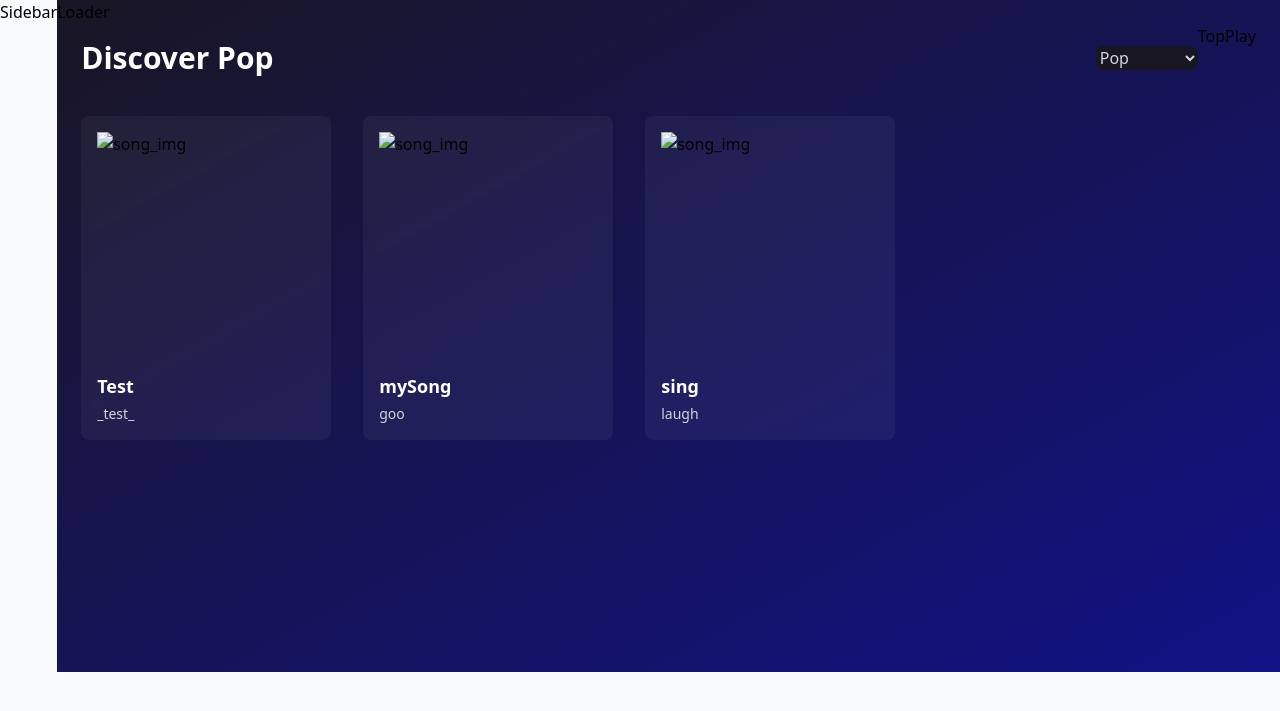
Repository: Chris24T/Dotify
Page: /
An editor plug-in stored every save of this project. The page is shown before and after the next save, followed by the edit.
The browser window is 1280 px wide. The pictures show the whole page.
The project was rebuilt for these pictures with package versions that can differ from the ones it lists, and the page was loaded fresh each time. Also part of the build but not shown: vite.config.js, src/components/ArtistCard.jsx, src/components/DetailsHeader.jsx, src/components/SongBar.jsx, src/components/RelatedSongs.jsx, src/components/MusicPlayer/Controls.jsx, src/components/MusicPlayer/Player.jsx, src/components/MusicPlayer/Seekbar.jsx and 11 more.

Above is the page before, as saved 2022-12-04 19:51:25.

### src/redux/store.js
import { configureStore } from '@reduxjs/toolkit';

import { shazamCoreApi } from './services/shazamCore';
import playerReducer from './features/playerSlice';

export const store = configureStore({
  reducer: {
    player: playerReducer,
    [shazamCoreApi.reducerPath]: shazamCoreApi.reducer,
  },
  middleware: (getDefaultMiddleware) =>
    getDefaultMiddleware().concat(shazamCoreApi.middleware),
});

### src/redux/services/shazamCore.js
import { createApi, fetchBaseQuery } from '@reduxjs/toolkit/query/react';

const baseHeaders = {
  'X-RapidAPI-Key': 'aa86041609msh651730729ed9b3dp1da6e2jsn7ec97b06be13',
  'X-RapidAPI-Host': 'shazam-core.p.rapidapi.com',
};

export const shazamCoreApi = createApi({
  reducerPath: 'shazamCoreApi',
  baseQuery: fetchBaseQuery({
    baseUrl: 'https://shazam-core.p.rapidapi.com/v1',
    prepareHeaders: (headers) => {
      headers.set({ baseHeaders });
      return headers;
    },
  }),
  endpoints: (builder) => ({
    getTopCharts: builder.query({ query: (genre) => '/charts/world' }),
  }),
});
// redux toolkit auto generates a hook
export const { useGetTopChartsQuery } = shazamCoreApi;

### src/redux/features/playerSlice.js
import { createSlice } from '@reduxjs/toolkit';

const initialState = {
  currentSongs: [],
  currentIndex: 0,
  isActive: false,
  isPlaying: false,
  activeSong: {},
  genreListId: '',
};

const playerSlice = createSlice({
  name: 'player',
  initialState,
  reducers: {
    setActiveSong: (state, action) => {
      state.activeSong = action.payload.song;

      if (action.payload?.data?.tracks?.hits) {
        state.currentSongs = action.payload.data.tracks.hits;
      } else if (action.payload?.data?.properties) {
        state.currentSongs = action.payload?.data?.tracks;
      } else {
        state.currentSongs = action.payload.data;
      }

      state.currentIndex = action.payload.i;
      state.isActive = true;
    },

    nextSong: (state, action) => {
      if (state.currentSongs[action.payload]?.track) {
        state.activeSong = state.currentSongs[action.payload]?.track;
      } else {
        state.activeSong = state.currentSongs[action.payload];
      }

      state.currentIndex = action.payload;
      state.isActive = true;
    },

    prevSong: (state, action) => {
      if (state.currentSongs[action.payload]?.track) {
        state.activeSong = state.currentSongs[action.payload]?.track;
      } else {
        state.activeSong = state.currentSongs[action.payload];
      }

      state.currentIndex = action.payload;
      state.isActive = true;
    },

    playPause: (state, action) => {
      state.isPlaying = action.payload;
    },

    selectGenreListId: (state, action) => {
      state.genreListId = action.payload;
    },
  },
});

export const { setActiveSong, nextSong, prevSong, playPause, selectGenreListId } = playerSlice.actions;

export default playerSlice.reducer;

### src/components/Sidebar.jsx
import { useState } from 'react';
import { NavLink } from 'react-router-dom';
import { RiCloseLine } from 'react-icons/ri';

import { logo } from '../assets';
import { links } from '../assets/constants';

const Sidebar = () => <div>Sidebar</div>;

export default Sidebar;

### src/components/SongCard.jsx
import { Link } from 'react-router-dom';
import { useDispatch } from 'react-redux';

import PlayPause from './PlayPause';
import { playPause, setActiveSong } from '../redux/features/playerSlice';

const SongCard = ({ song, isPlaying, activeSong, data, i }) => {
  const dispatch = useDispatch();

  const handlePauseClick = () => {
    dispatch(playPause(false));
  };
  const handlePlayClick = () => {
    dispatch(setActiveSong({ song, data, i }));
    dispatch(playPause(true));
  };

  const activeSong_tmp = { title: 'Test' };
  return (
    <div
      className="flex flex-col w-[250px] p-4 bg-white/5 bg-opacity-80
     backdrop-blur-sm animate-slideup rounded-lg cursor-pointer"
    >
      <div className="relative w-full h-56 group">
        <div
          className={`absolute inset-0 justify-center items-center
          bg-black bg-opacity-50 group-hover:flex ${
            activeSong?.title === song.title
              ? 'flex bg-black bg-opacity-70'
              : 'hidden'
          }`}
        >
          <PlayPause
            song={song}
            isPlaying={isPlaying}
            activeSong={activeSong_tmp}
            handlePause={handlePauseClick}
            handlePlay={handlePlayClick}
          />
        </div>
        <img alt="song_img" src={song.image?.coverart} />
      </div>
      <div className="mt-4 flex flex-col">
        <p className="font-semibold text-lg text-white truncate">
          <Link to={`/songs/$song?.key`}>{song.title}</Link>
        </p>
        <p className="text-sm truncate text-gray-300 mt-1">
          <Link
            to={
              song.artists
                ? `/artists/${song?.artists[0]?.adamid}`
                : '/top-artists'
            }
          >
            {song.subtitle}
          </Link>
        </p>
      </div>
    </div>
  );
};

export default SongCard;

### src/pages/Discover.jsx
import { Error, Loader, SongCard } from '../components';
import { genres } from '../assets/constants';
import { useDispatch, useSelector } from 'react-redux';
import { useGetTopChartsQuery } from '../redux/services/shazamCore';
import { useDebugValue } from 'react';

const Discover = () => {
  const dispach = useDebugValue();
  const { activeSong, isPlaying } = useSelector((state) => state.player);
  // const { data, isFetching, error } = useGetTopChartsQuery();
  const data = [
    { title: 'Test', subtitle: '_test_' },
    { title: 'mySong', subtitle: 'goo' },
    { title: 'sing', subtitle: 'laugh' },
  ];
  const isFetching = false;
  const genreTitle = 'Pop';

  if (isFetching) return <Loader title="Loading Songs..." />;
  // if (error) return <Error />;

  return (
    <div className="flex flex-col">
      <div className="w-full flex justify-between items-center sm:flex-row flex-col mt-4 mb-10">
        <h2 className="font-bold text-3xl text-white text-left">
          Discover {genreTitle}
        </h2>
        <select
          onChange={() => {}}
          value=""
          className="bg-black rounded-lg outline-none text-gray-300 sm:mt-0 mt-5"
        >
          {genres.map((genre) => (
            <option key={genre.value} value={genre.value}>
              {genre.title}
            </option>
          ))}
        </select>
      </div>
      <div className="flex flex-wrap sm:justify-start justify-center gap-8">
        {data.map((song, i) => {
          return (
            <SongCard
              key={song.key}
              song={song}
              isPlaying={isPlaying}
              activeSong={activeSong}
              data={data}
              i={i}
            ></SongCard>
          );
        })}
      </div>
    </div>
  );
};

export default Discover;

### src/assets/constants.js
import { HiOutlineHashtag, HiOutlineHome, HiOutlinePhotograph, HiOutlineUserGroup } from 'react-icons/hi';

export const genres = [
  { title: 'Pop', value: 'POP' },
  { title: 'Hip-Hop', value: 'HIP_HOP_RAP' },
  { title: 'Dance', value: 'DANCE' },
  { title: 'Electronic', value: 'ELECTRONIC' },
  { title: 'Soul', value: 'SOUL_RNB' },
  { title: 'Alternative', value: 'ALTERNATIVE' },
  { title: 'Rock', value: 'ROCK' },
  { title: 'Latin', value: 'LATIN' },
  { title: 'Film', value: 'FILM_TV' },
  { title: 'Country', value: 'COUNTRY' },
  { title: 'Worldwide', value: 'WORLDWIDE' },
  { title: 'Reggae', value: 'REGGAE_DANCE_HALL' },
  { title: 'House', value: 'HOUSE' },
  { title: 'K-Pop', value: 'K_POP' },
];

export const links = [
  { name: 'Discover', to: '/', icon: HiOutlineHome },
  { name: 'Around You', to: '/around-you', icon: HiOutlinePhotograph },
  { name: 'Top Artists', to: '/top-artists', icon: HiOutlineUserGroup },
  { name: 'Top Charts', to: '/top-charts', icon: HiOutlineHashtag },
];

### src/components/PlayPause.jsx
import { FaPauseCircle, FaPlayCircle } from 'react-icons/fa';

const PlayPause = ({ isPlaying, activeSong, song, handlePause, handlePlay }) =>
  isPlaying && activeSong?.title === song.title ? (
    <FaPauseCircle
      size={35}
      className={'text-gray-300'}
      onClick={handlePause}
    />
  ) : (
    <FaPlayCircle size={35} className={'text-gray-300'} onClick={handlePlay} />
  );

export default PlayPause;

Loaded but not shown: index.html (common file); src/index.jsx (common file); src/index.css (common file); src/App.jsx (common file); src/components/index.js (common file); src/pages/index.js (common file); src/components/Searchbar.jsx (common file); src/components/TopPlay.jsx (common file); src/assets/index.js (common file); tailwind.config.js (common file)

After the next save:
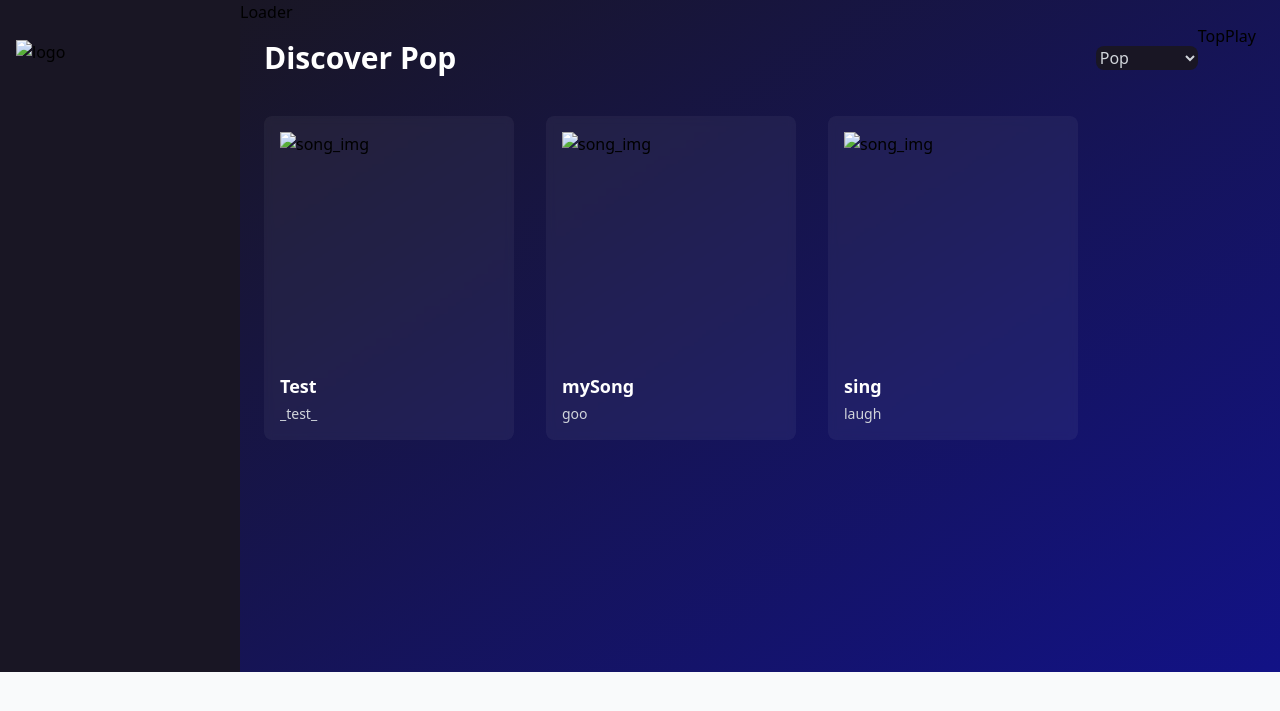
Saved 2 min 37 s later.
--- a/src/components/Sidebar.jsx
+++ b/src/components/Sidebar.jsx
@@ -5,6 +5,17 @@ import { RiCloseLine } from 'react-icons/ri';
 import { logo } from '../assets';
 import { links } from '../assets/constants';
 
-const Sidebar = () => <div>Sidebar</div>;
+const Sidebar = () => {
+  const [mobileOpen, setMobileOpen] = useState(false);
+
+  return (
+    <>
+      {' '}
+      <div className="md:flex hidden flex-col w-[240px] py-10 px-4 bg-[#191624]">
+        <img stc={logo} alt="logo" className='="w-full h-14 object-contain' />
+      </div>
+    </>
+  );
+};
 
 export default Sidebar;
